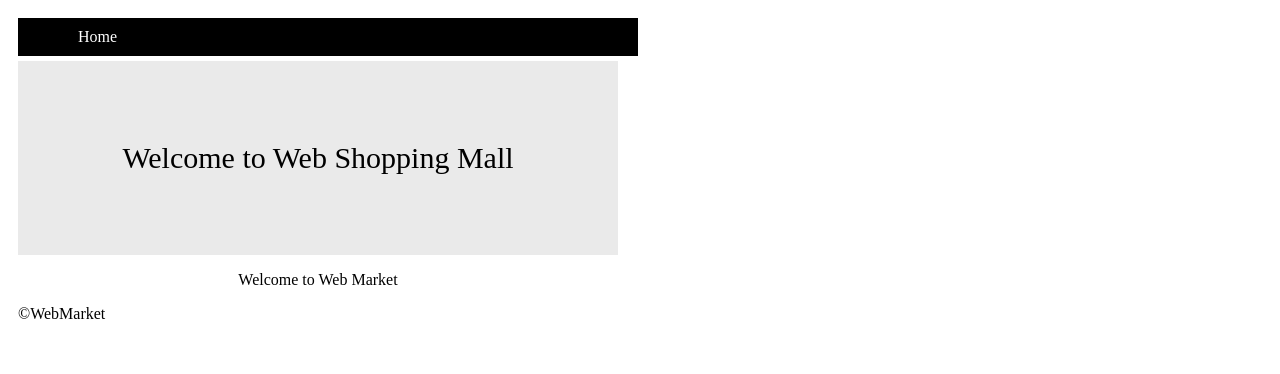
Repository: JuHyeon-S/21-1-Web-Back-end_Programming
Page: http://localhost/week07_20185135/work05_20185135.jsp
These files come from the project's save history. The page is drawn as it stood at one moment and after the next save; the edit follows.
The browser window is 1280 px wide. The pictures show the whole page.
The page is served by Tomcat 9.

Above is the page before, as saved 2021-04-15 03:22:02.

### week07/week07_20185135/src/main/webapp/work05_20185135.jsp
<%@ page language="java" contentType="text/html; charset=EUC-KR"
    pageEncoding="EUC-KR"%>
<!DOCTYPE html>
<html>
<head>
<meta charset="EUC-KR">
<title>Insert title here</title>
<link rel="stylesheet" href="work05_20185135_css.css">
</head>
<body>
	<nav class="title">
		<a class="title_a" href="./환영.jsp">Home</a>
	</nav>
	<section>
		<div class="div1">
			<p class="p1">Welcome to Web Shopping Mall
		</div>
		<div class="div2">
			<p class="p2">Welcome to Web Market</p>
		</div>
	</section>
	<footer>
		<p>&copy;WebMarket</p>
	</footer>
</body>
</html>

### week07/week07_20185135/src/main/webapp/work05_20185135_css.css
@charset "EUC-KR";

body {
	width: 600px;
	padding: 10px;
}

.title{
	width: 100%;
	heigth: 30px;
	background-color: black;
	padding: 10px;
	margin-bottom: 5px;
}

.title_a{
	margin-left: 50px;
	background-color: black;
	color: white;
	text-decoration: none;
}

.div1{
	width: 600px;
	padding-top: 50px;
	padding-bottom: 50px;
	background-color: rgb(234,234, 234);
	font-size: 30px;
	text-align: center;
}

.div2{
	text-align: center;
}

After the next save:
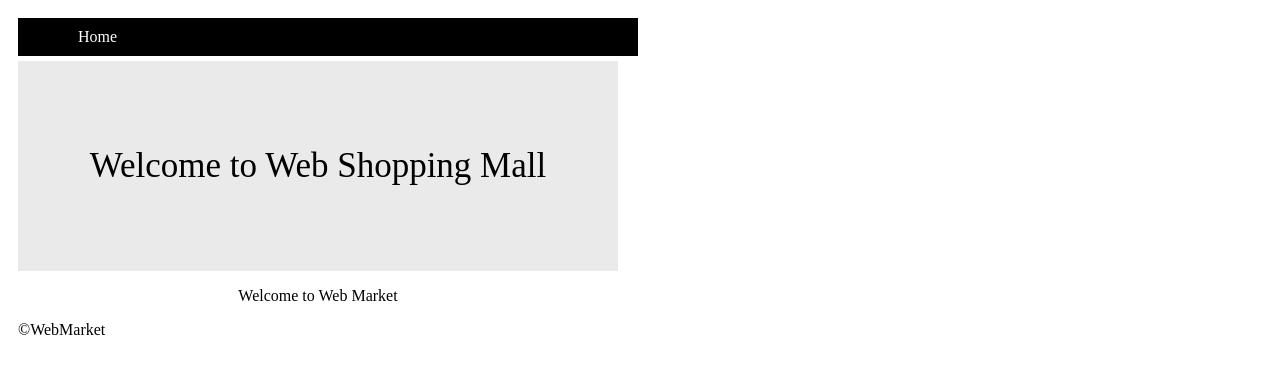
Saved 37 s later.
--- a/week07/week07_20185135/src/main/webapp/work05_20185135_css.css
+++ b/week07/week07_20185135/src/main/webapp/work05_20185135_css.css
@@ -25,7 +25,7 @@ body {
 	padding-top: 50px;
 	padding-bottom: 50px;
 	background-color: rgb(234,234, 234);
-	font-size: 30px;
+	font-size: 35px;
 	text-align: center;
 }
 
